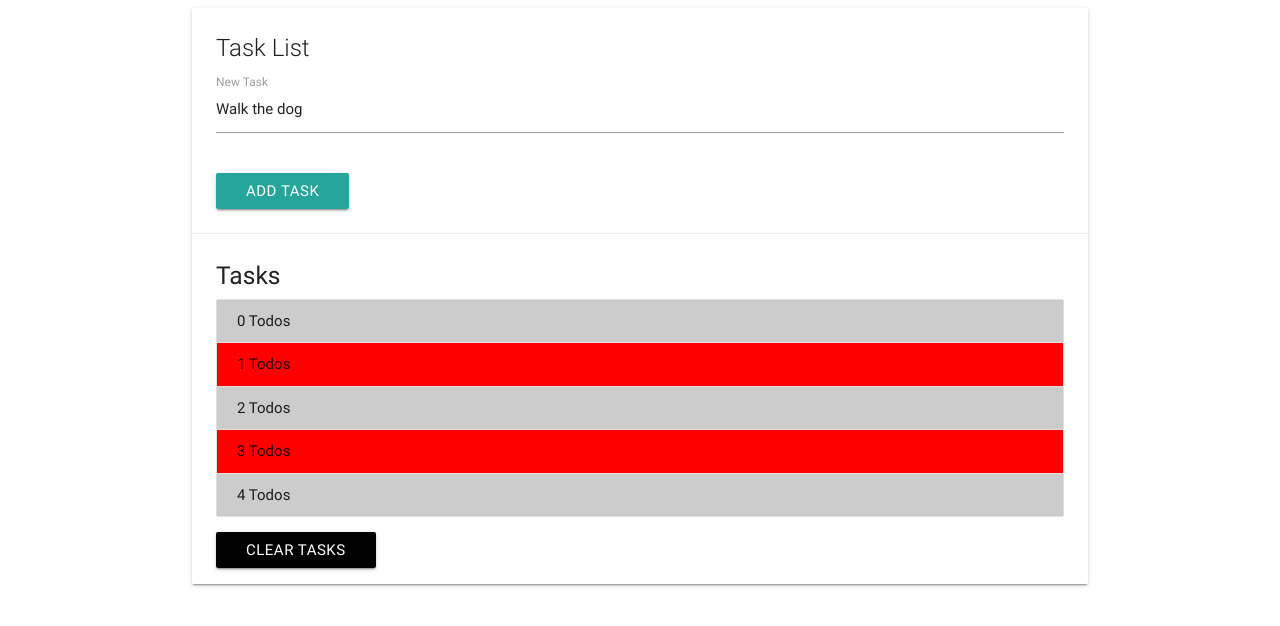
Repository: brianokanga/modern-javascript
Page: Section 3/index.html
The author's editor kept a copy of each file at every save. The page is drawn from the files as they stood at one save, then again after the next save.
The browser window is 1280 px wide. The pictures show the whole page.
Some web libraries are served in a nearby version.

Above is the page before, as saved 2020-04-03 03:11:59.

After the next save:
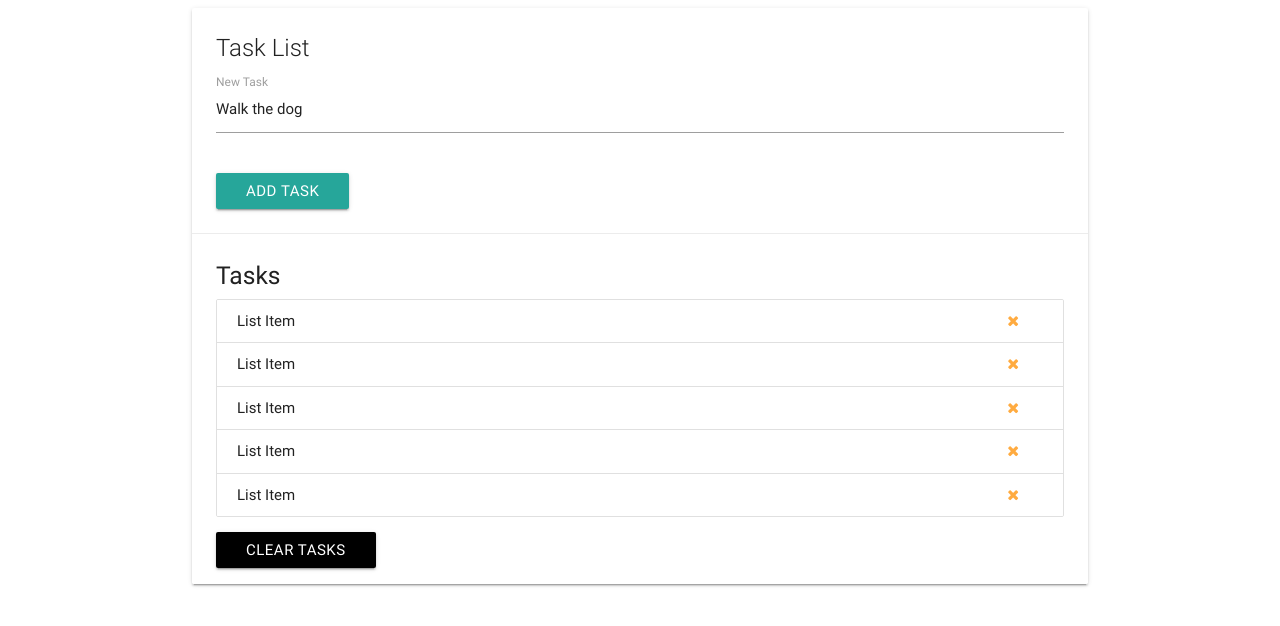
Saved 31 min 46 s later.
--- a/Section 3/app.js
+++ b/Section 3/app.js
@@ -100,21 +100,21 @@
 // console.log(lis);
 
 //document.QuerySelectorAll()     returns a node list
-const items = document.querySelectorAll('ul.collection li.collection-item');
-items.forEach(function(item, index){
-    item.textContent = `${index} Todos`;
-});
+// const items = document.querySelectorAll('ul.collection li.collection-item');
+// items.forEach(function(item, index){
+//     item.textContent = `${index} Todos`;
+// });
 
-const liOdd = document.querySelectorAll('li:nth-child(odd)');
-const liEven = document.querySelectorAll('li:nth-child(even)');
+// const liOdd = document.querySelectorAll('li:nth-child(odd)');
+// const liEven = document.querySelectorAll('li:nth-child(even)');
 
-liOdd.forEach(function(li, index){
-    li.style.background = '#ccc';
-});
+// liOdd.forEach(function(li, index){
+//     li.style.background = '#ccc';
+// });
 
-for (let i= 0; i < liEven.length; i++) {
-    liEven[i].style.background = 'red';
+// for (let i= 0; i < liEven.length; i++) {
+//     liEven[i].style.background = 'red';
 
-}
+// }
 
-console.log(items);
+//console.log(items);
